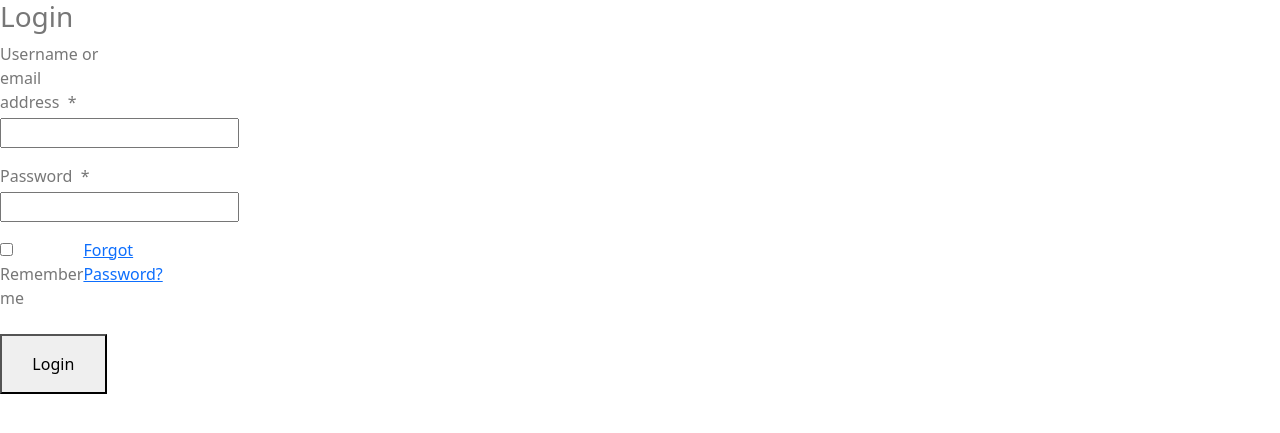
Repository: NguyenDo13/BE2-NhomH
Page: module-20,21/index.html
The author's editor kept a copy of each file at every save. The page is drawn from the files as they stood at one save, then again after a run of saves.
The browser window is 1280 px wide. The pictures show the whole page.

Above is the page before, as saved 2022-05-21 07:28:59.

After the next 2 saves:
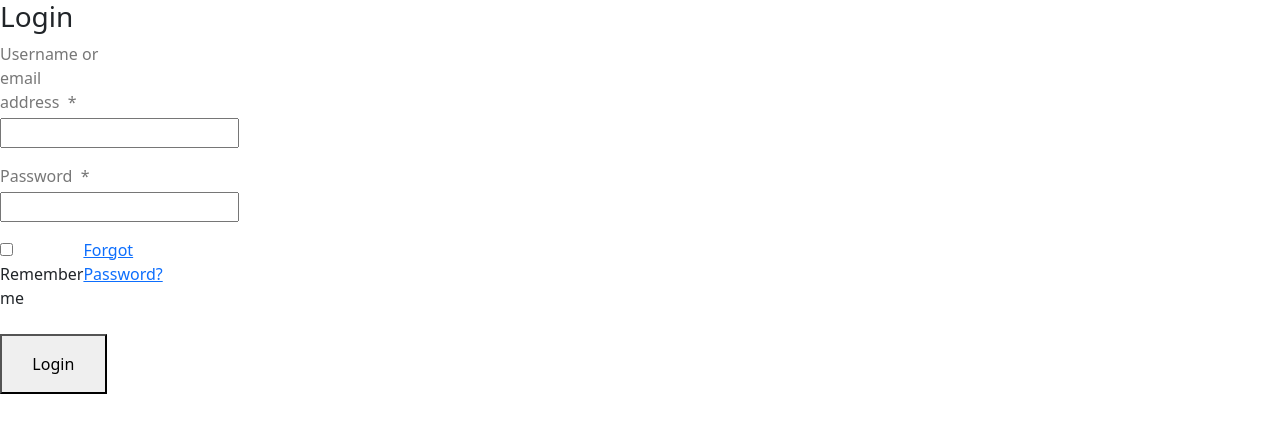
The 2 saves are shown as one change because they came seconds apart.
The last was saved 11 s later.
--- a/module-20,21/index/public/css/style.css
+++ b/module-20,21/index/public/css/style.css
@@ -1,5 +1,5 @@
-.titleinput-login {}
-
-body {
+.titleinput-login {
     color: #777777 !important;
 }
+
+body {}
